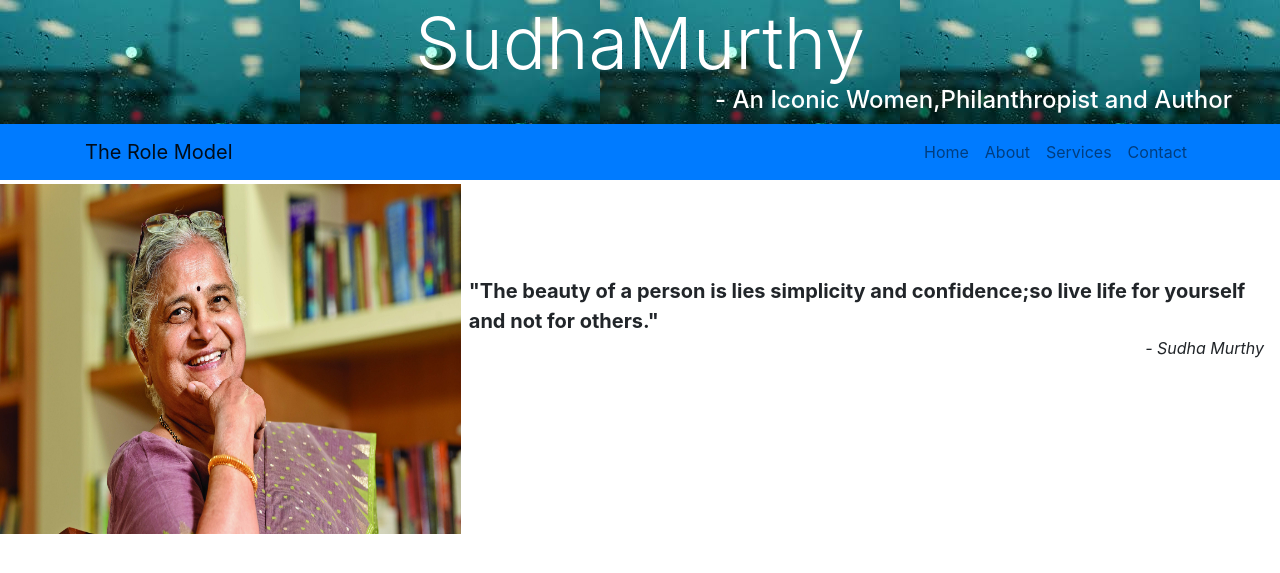
Repository: sumanthr18/RoleModel
Page: index.html
These files come from the project's save history. The page is drawn as it stood at one moment and after the next save; the edit follows.
The browser window is 1280 px wide. The pictures show the whole page.

Above is the page before, as saved 2020-03-14 18:07:03.

After the next save:
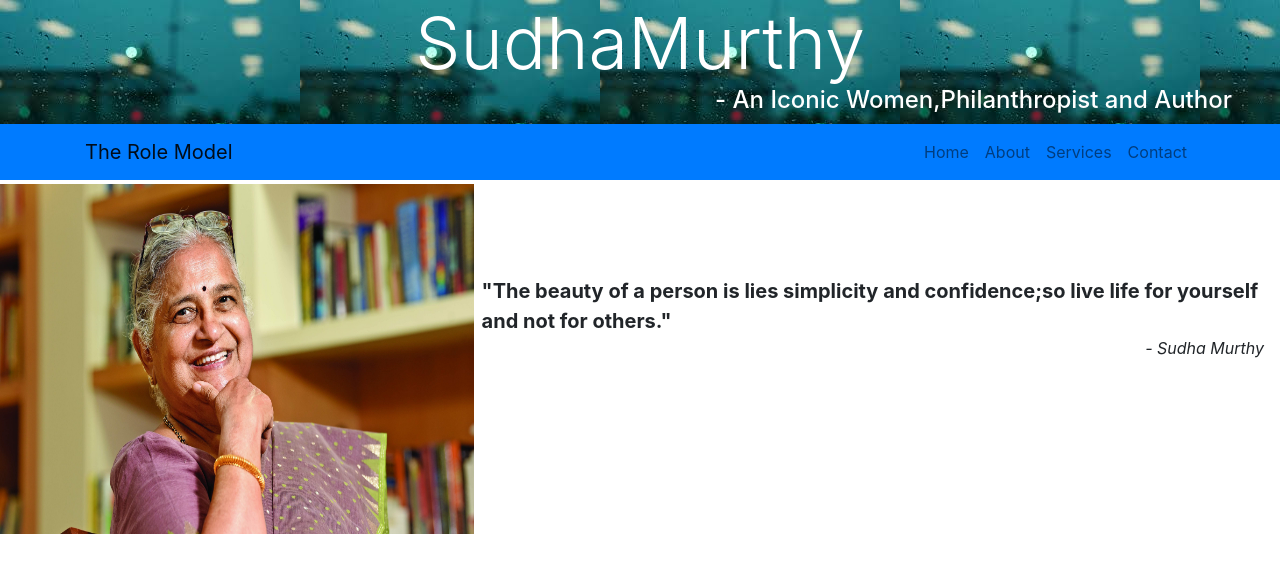
Saved 17 s later.
--- a/index.html
+++ b/index.html
@@ -37,7 +37,7 @@
     </nav>
 
 <div class="media">
-        <img class="mt-1" style="width:36%;height:350px" src="Sudha_Murty_1-update.jpg">
+        <img class="mt-1" style="width:37%;height:350px" src="Sudha_Murty_1-update.jpg">
         <blockquote class="" >
             <br>
             <br>
